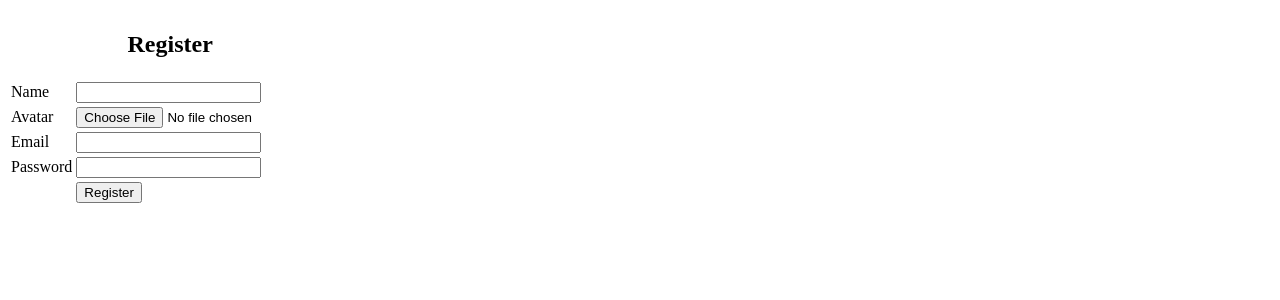
Repository: nguyenhung50497/MD3_templateStaticFile
Page: BT_xayDungChucNangThemNguoiDUng/views/register.html
An editor plug-in stored every save of this project. The page is shown before and after the next save, followed by the edit.
The browser window is 1280 px wide. The pictures show the whole page.

Above is the page before, as saved 2022-12-14 13:28:18.

### BT_xayDungChucNangThemNguoiDUng/views/register.html
<!DOCTYPE html>
<html lang="en">
<head>
    <meta charset="UTF-8">
    <title>Register</title>
</head>
<body>
<form action="/upload" method="post" enctype="multipart/form-data">
    <table>
        <tr>
            <td colspan="2">
                <h2 style="text-align: center">Register</h2>
            </td>
        </tr>
        <tr>
            <td>Name</td>
            <td><input type="text" name="name" required></td>
        </tr>
        <tr>
            <td>Avatar</td>
            <td><input type="file" name="avatar"></td>
        </tr>
        <tr>
            <td>Email</td>
            <td><input type="text" name="email" required></td>
        </tr>
        <tr>
            <td>Password</td>
            <td><input type="text" name="password" required></td>
        </tr>
        <tr>
            <td></td>
            <td>
                <button type="submit">Register</button></td>
        </tr>
    </table>
</form>
</body>
</html>

After the next save:
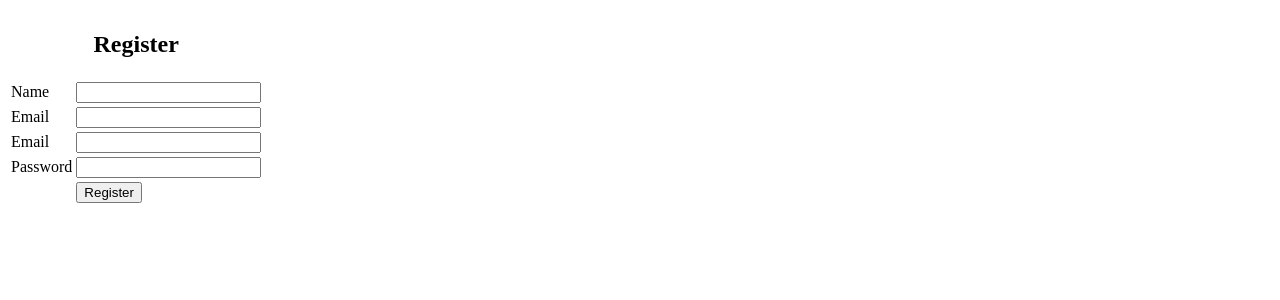
Saved 105 s later.
--- a/BT_xayDungChucNangThemNguoiDUng/views/register.html
+++ b/BT_xayDungChucNangThemNguoiDUng/views/register.html
@@ -17,8 +17,8 @@
             <td><input type="text" name="name" required></td>
         </tr>
         <tr>
-            <td>Avatar</td>
-            <td><input type="file" name="avatar"></td>
+            <td>Email</td>
+            <td><input type="text" name="email" required></td>
         </tr>
         <tr>
             <td>Email</td>
